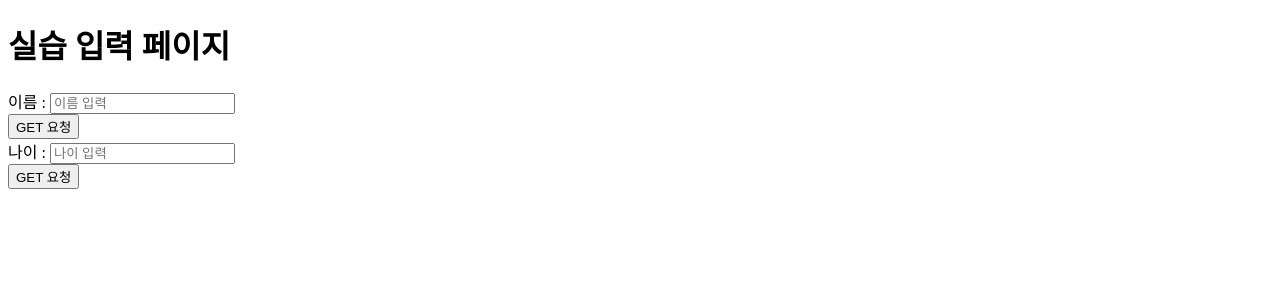
Repository: bjy5656/jsp
Page: http://localhost/day02_task/
These files come from the project's save history. The page is drawn as it stood at one moment and after the next save; the edit follows.
The browser window is 1280 px wide. The pictures show the whole page.
The page is served by Tomcat 9.

Above is the page before, as saved 2025-08-08 09:30:40.

After the next save:
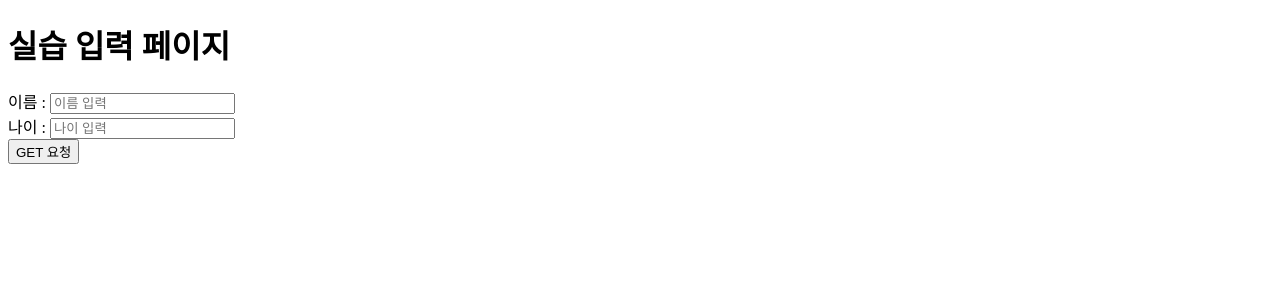
Saved 29 s later.
--- a/day02_task/src/main/webapp/index.jsp
+++ b/day02_task/src/main/webapp/index.jsp
@@ -12,10 +12,6 @@
    <form action="forward" method="get">
       <label for="name">이름 : </label>
       <input type="text" id="name" name="userName" placeholder="이름 입력"></br>
-      <button type="submit">GET 요청</button>
-   </form>
-
-   <form action="forward" method="get">
       <label for="age">나이 : </label>
       <input type="text" id="age" name="userAge" placeholder="나이 입력"></br>
       <button type="submit">GET 요청</button>
